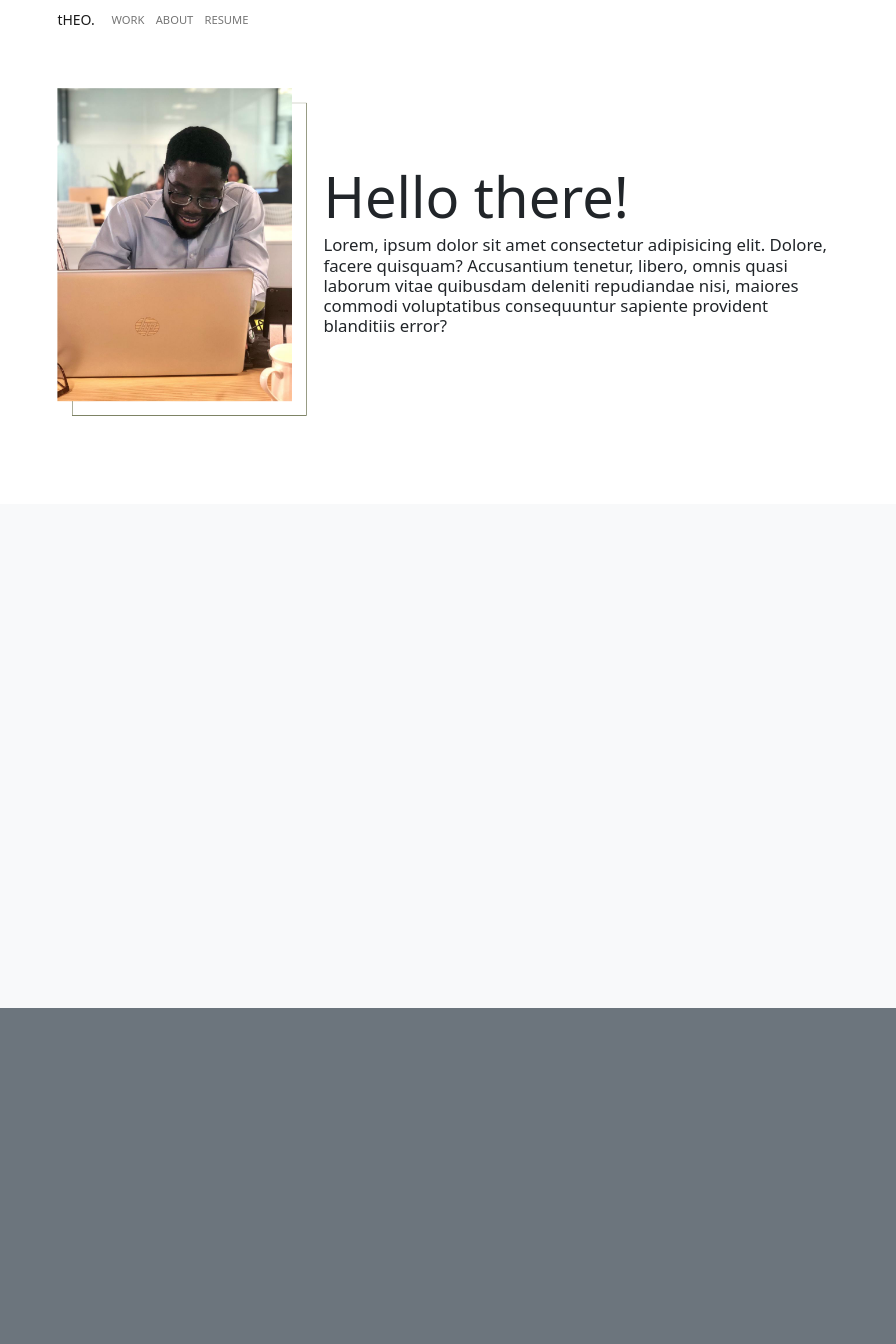
Repository: tHEO2k17/portfolio
Page: /
The author's editor kept a copy of each file at every save. The page is drawn from the files as they stood at one save, then again after the next save.
The browser window is 1280 px wide. The pictures show the part of the page from y = 0 to 1920 px (the page is 3000 px tall), at 70% of full size.
The project was rebuilt for these pictures with package versions that can differ from the ones it lists, and the page was loaded fresh each time.

Above is the page before, as saved 2021-07-22 07:24:22.

After the next save:
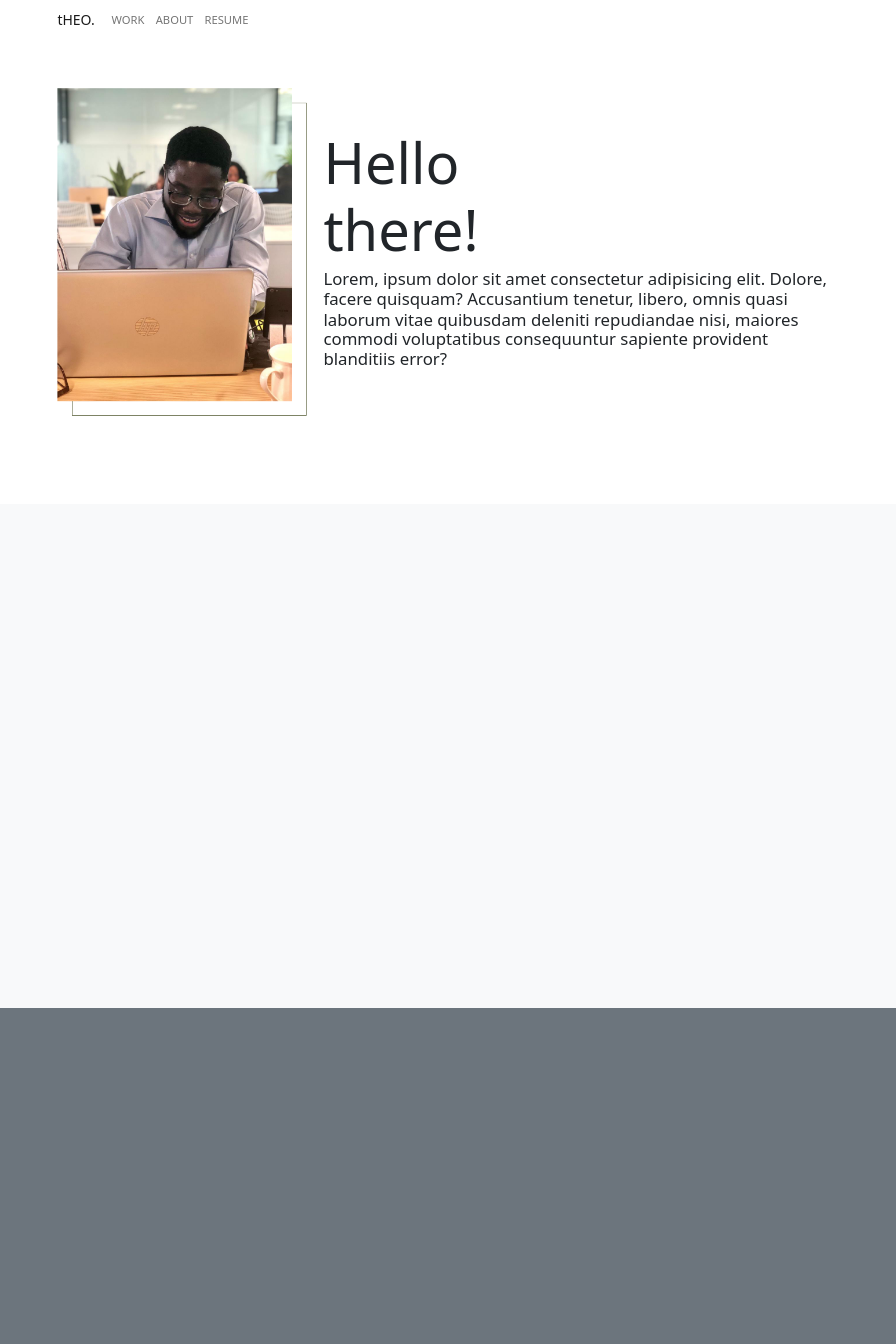
Saved 15 s later.
--- a/src/presentation/pages/HomePage.tsx
+++ b/src/presentation/pages/HomePage.tsx
@@ -22,7 +22,7 @@ export default function HomePage() {
                     <Row className="align-items-center min-vh-100 my-auto">
                         <Col md="4"> <Image src="assets/images/theo.png" fluid /> </Col>
                         <Col>
-                            <h1 className="display-1">Hello there!</h1>
+                            <h1 className="display-1">Hello <br/> there!</h1>
                             <h4>
                                 Lorem, ipsum dolor sit amet consectetur adipisicing elit. Dolore, facere quisquam? Accusantium tenetur, libero, omnis quasi laborum vitae quibusdam deleniti repudiandae nisi, maiores commodi voluptatibus consequuntur sapiente provident blanditiis error?
                             </h4>
